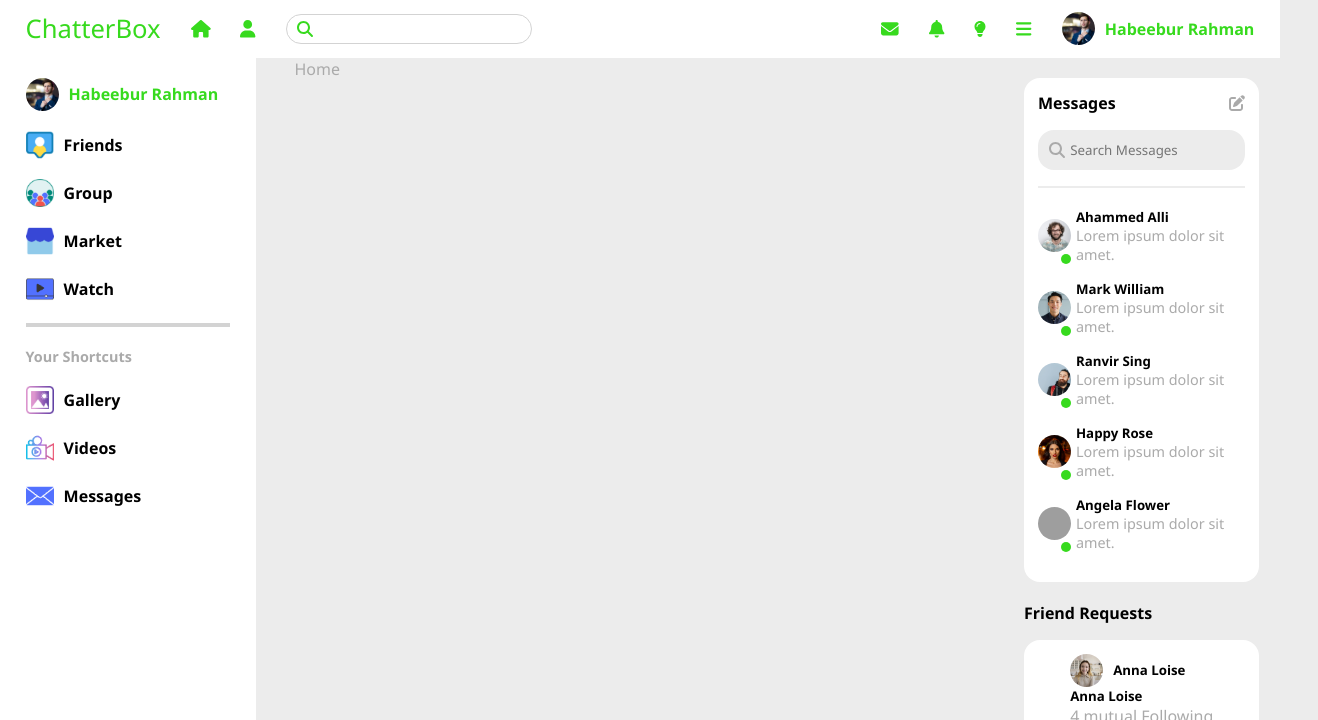
Repository: Habeebur1493/social-media-app
Page: /
These files come from the project's save history. The page is drawn as it stood at one moment and after the next save; the edit follows.
The browser window is 1280 px wide. The page is 1318 px wide, so the pictures cover 1318 px, including what lies to the right of the window. The pictures show the whole page.
Pictures or frames that could not be fetched are drawn as grey boxes. The project was rebuilt for these pictures with package versions that can differ from the ones it lists, and the page was loaded fresh each time. Also part of the build but not shown: vite.config.js, src/pages/login/login.css, src/pages/login/Login.jsx, src/pages/signup/signup.css, src/pages/signup/Signup.jsx, src/pages/profile/Profile.jsx, src/pages/chatbox/Chatbox.jsx.

Above is the page before, as saved 2025-01-29 12:27:39.

After the next save:
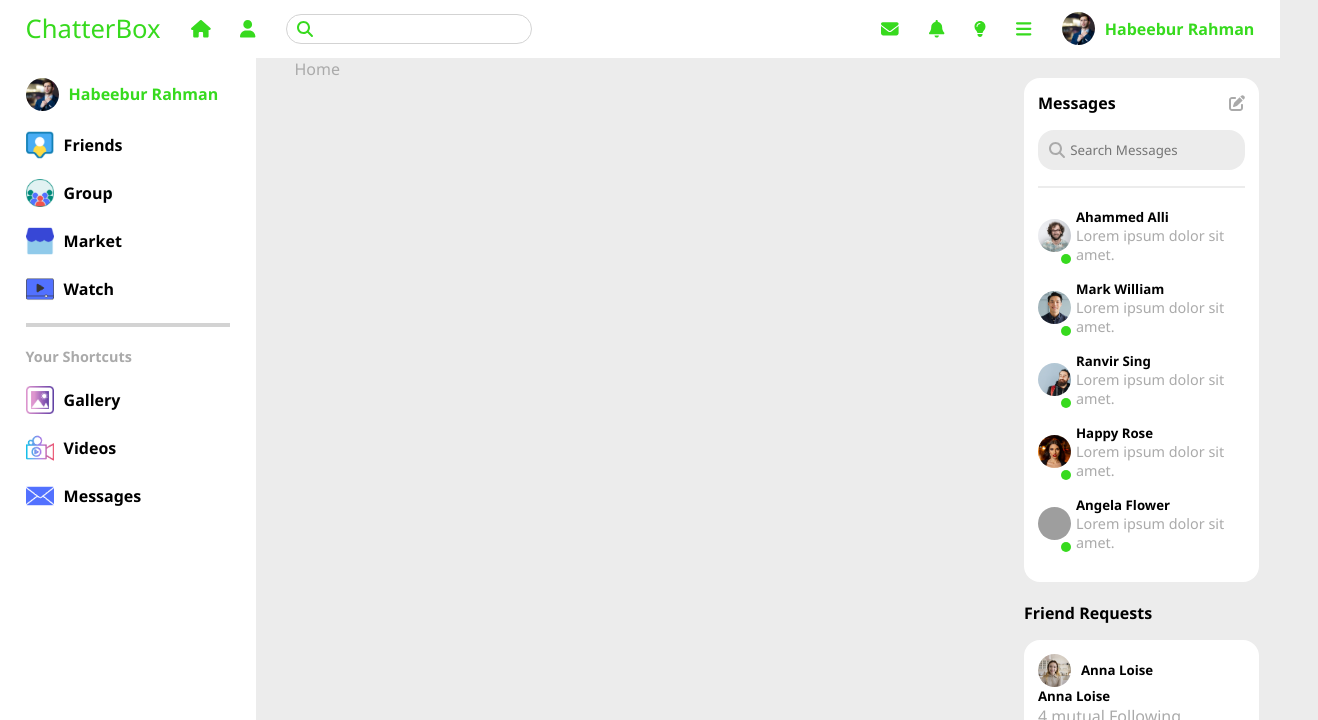
Saved 64 s later.
--- a/src/components/friendReq/friendreq.css
+++ b/src/components/friendReq/friendreq.css
@@ -4,7 +4,12 @@
     padding: 14px;
     border-radius: 1rem;
     display: flex;
-    align-items: center;
-    gap:.7rem;
+    gap:.5rem;
     flex-direction: column;
 }
+
+.request .action{
+    display: flex;
+    align-items: center;
+
+}
